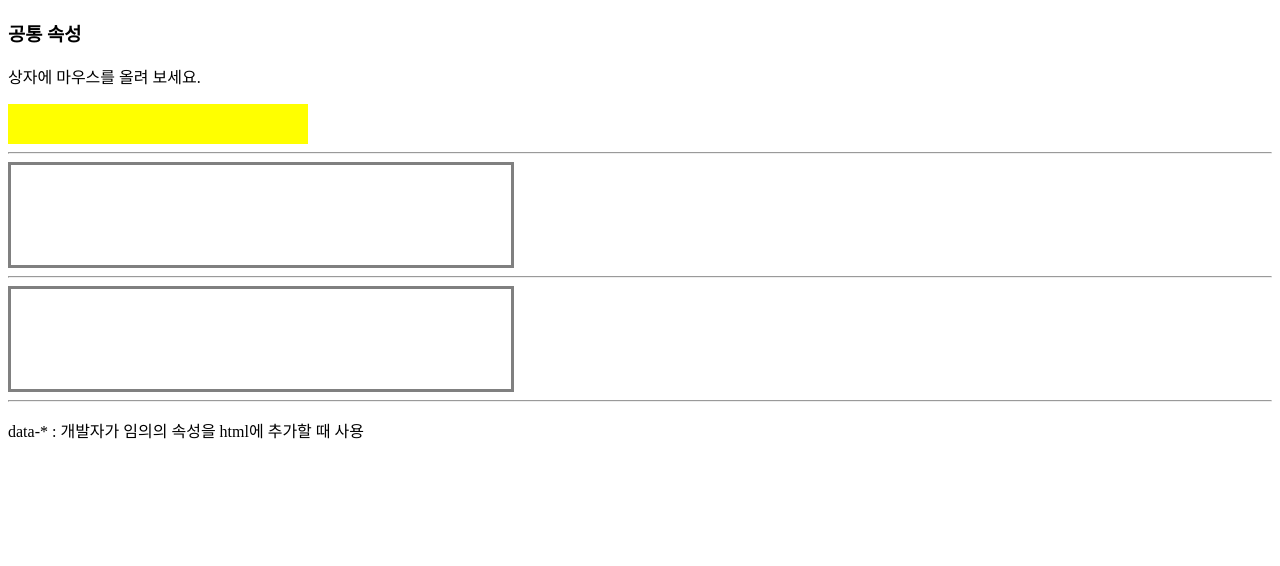
Repository: JiYoon0712/HTML_CSS_javascript
Page: work/study/src/main/webapp/htmlEx/ch02/ex06.html
These files come from the project's save history. The page is drawn as it stood at one moment and after the next save; the edit follows.
The browser window is 1280 px wide. The pictures show the whole page.

Above is the page before, as saved 2023-04-03 03:12:28.

After the next save:
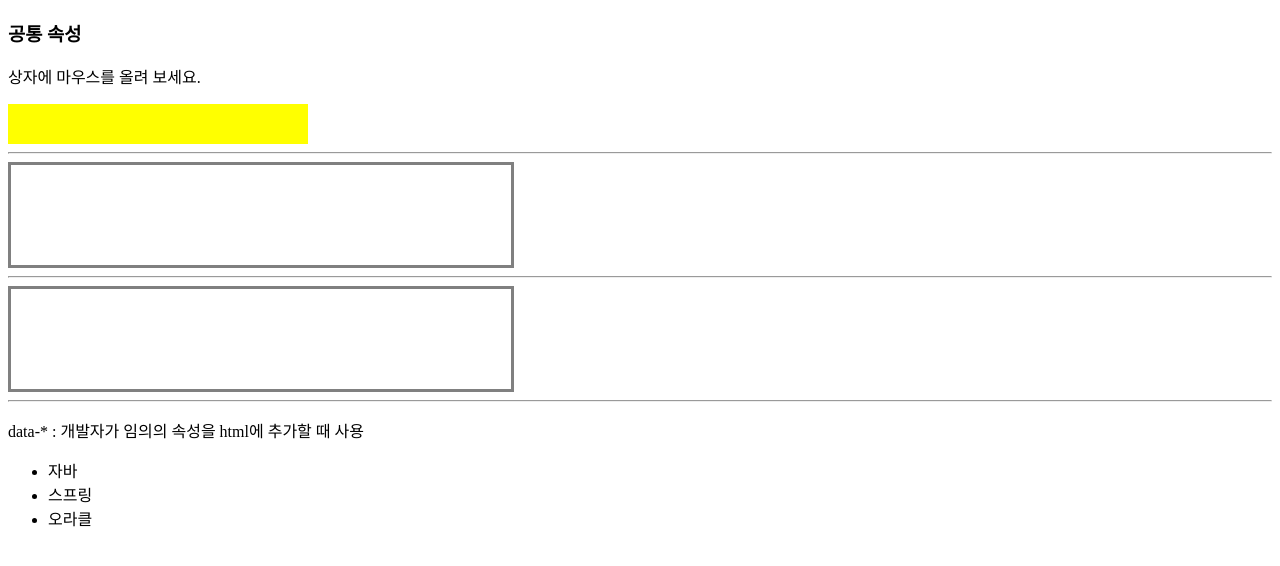
Saved 41 s later.
--- a/work/study/src/main/webapp/htmlEx/ch02/ex06.html
+++ b/work/study/src/main/webapp/htmlEx/ch02/ex06.html
@@ -36,5 +36,11 @@
 <hr>
 
 <p>data-* : 개발자가 임의의 속성을 html에 추가할 때 사용</p>
+<ul>
+	<li data-subject="java">자바</li>
+	<li data-subject="java">스프링</li>
+	<li data-subject="java">오라클</li>
+</ul>
+
 </body>
 </html>
